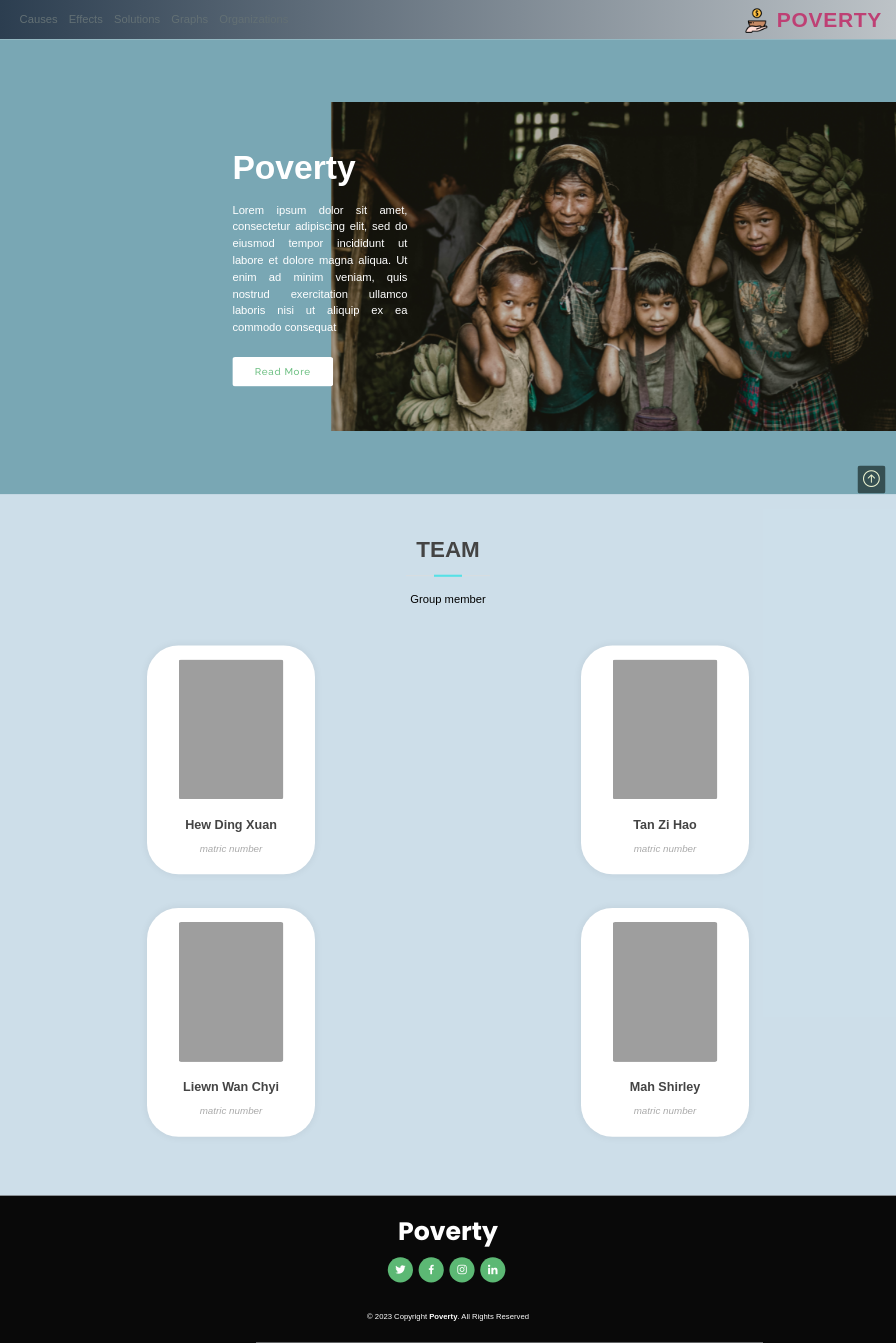
Repository: oscarhew/OSP_WIE2002
Page: index.html
The author's editor kept a copy of each file at every save. The page is drawn from the files as they stood at one save, then again after the next save.
The browser window is 1280 px wide. The pictures show the whole page, at 70% of full size.
Pictures or frames that could not be fetched are drawn as grey boxes.

Above is the page before, as saved 2023-04-02 15:03:12.

### index.html
<!DOCTYPE html>
<html lang="en">
<head>
    <meta charset="UTF-8">
    <meta http-equiv="X-UA-Compatible" content="IE=edge">
    <meta name="viewport" content="width=device-width, initial-scale=1.0">
    <title>Poverty</title>

    <!-- Favicon -->
    <link href="assets/img/logo.png" rel="icon">

    <!-- Google Fonts -->
    <link
      href="https://fonts.googleapis.com/css?family=Open+Sans:300,300i,400,400i,600,600i,700,700i|Raleway:300,300i,400,400i,500,500i,600,600i,700,700i|Poppins:300,300i,400,400i,500,500i,600,600i,700,700i"
      rel="stylesheet">

    <!-- Animate.css -->
    <link href="https://cdnjs.cloudflare.com/ajax/libs/animate.css/4.1.1/animate.min.css" rel="stylesheet" />

    <!-- Bootstrap 5 -->
    <link href="https://cdn.jsdelivr.net/npm/bootstrap@5.0.2/dist/css/bootstrap.min.css" rel="stylesheet"
        integrity="sha384-EVSTQN3/azprG1Anm3QDgpJLIm9Nao0Yz1ztcQTwFspd3yD65VohhpuuCOmLASjC" crossorigin="anonymous">
    <link rel="stylesheet" href="https://cdn.jsdelivr.net/npm/bootstrap-icons@1.8.1/font/bootstrap-icons.css">

    <!-- Boxicons -->
    <link href='https://unpkg.com/boxicons@2.1.2/css/boxicons.min.css' rel='stylesheet'>

    <!-- Template Main CSS File -->
    <link href="assets/css/main.css" rel="stylesheet">
</head>

<body class="d-flex flex-column min-vh-100">
  <!-- ======= Header ======= -->
  <nav id="header" class="navbar sticky-top navbar-expand-lg navbar-dark gradient-custom bg-dark p-2">
    <div class="container-fluid">

      <div class="collapse navbar-collapse justify-content-start" id="navbarNavAltMarkup">
        <ul class="navbar-nav">
          <li class="nav-item"><a class="nav-link" href="causes.html">Causes</a></li>
          <li class="nav-item"><a class="nav-link" href="effects.html">Effects</a></li>
          <li class="nav-item"><a class="nav-link" href="solutions.html">Solutions</a></li>
          <li class="nav-item"><a class="nav-link" href="graphs.html">Graphs</a></li>
          <li class="nav-item"><a class="nav-link" href="organizations.html">Organizations</a></li>
        </ul>
      </div>
      <a class="px-1" href="index.html">
        <img src="assets/img/logo.png" alt="" width="35" height="35" class="d-inline-block align-text-top">
        <h1 class="logo"><a href="index.html">POVERTY</a></h1>
      </a>

      <button class="navbar-toggler" type="button" data-bs-toggle="collapse" data-bs-target="#navbarNavAltMarkup"
        aria-controls="navbarNavAltMarkup" aria-expanded="false" aria-label="Toggle navigation">
        <span class="navbar-toggler-icon"></span>
      </button>
    </div>
  </nav>
  <!-- End Header -->

  <div class="flex-grow-1">
    <!-- ======= Hero Section ======= -->
    <section id="hero">
      <div id="heroCarousel" data-bs-interval="5000" class="carousel slide carousel-fade" data-bs-ride="carousel">

        <ol class="carousel-indicators" id="hero-carousel-indicators"></ol>

        <div class="carousel-inner" role="listbox">

          <!-- Slide 1 -->
          <div class="carousel-item active" style="background-image: url(assets/img/slide/index_background.jpg)">
            <div class="carousel-container">
              <div class="container">
                <h2 class="animate__animated animate__fadeInDown">Poverty</h2>
                <p class="animate__animated animate__fadeInUp">

                  Lorem ipsum dolor sit amet, consectetur adipiscing elit,
                  sed do eiusmod tempor incididunt ut labore et dolore magna aliqua. Ut enim ad minim veniam, quis nostrud exercitation ullamco laboris nisi ut aliquip ex ea commodo consequat</p>

                  <a href="definition.html" class="btn-get-started animate__animated animate__fadeInUp scrollto">Read More</a>
              </div>
            </div>
          </div>

        </div>
      </div>
    </section><!-- End Hero -->

    <!-- ======= Team Section ======= -->
    <section class="team section-bg">
      <div class="container-fluid">
        <div class="section-title">
          <h2>Team</h2>
          <p >Group member</p>
        </div>
        <div class="row mx-2">
          <div class="col-lg-6 col-sm-6">
            <div class="member mx-auto my-4">
              <img src="assets/img/team/dingXuan.jpeg" class="rounded" alt="...">
              <div class="card-body">
                <h4 class="card-title">Hew Ding Xuan</h4>
                <p class="card-text">matric number</p>
              </div>
            </div>
          </div>
          <div class="col-lg-6 col-sm-6">
            <div class="member mx-auto my-4">
              <img src="assets/img/team/ziHao.jpeg" class="rounded" alt="...">
              <div class="card-body">
                <h4 class="card-title">Tan Zi Hao</h4>
                <p class="card-text">matric number</p>
              </div>
            </div>
          </div>
          <div class="col-lg-6 col-sm-6">
            <div class="member mx-auto my-4">
              <img src="assets/img/team/wanChyi.jpeg" class="rounded" alt="...">
              <div class="card-body">
                <h4 class="card-title">Liewn Wan Chyi</h4>
                <p class="card-text">matric number</p>
              </div>
            </div>
          </div>
          <div class="col-lg-6 col-sm-6">
            <div class="member mx-auto my-4">
              <img src="assets/img/team/shirley.jpeg" class="rounded" alt="...">
              <div class="card-body">
                <h4 class="card-title">Mah Shirley</h4>
                <p class="card-text">matric number</p>
              </div>
            </div>
          </div>

        </div>
      </div>
    </section>
    <!-- End Team Section -->

  </div>

  <!-- ======= Footer ======= -->
  <footer id="footer" class="mt-auto">
    <div class="container">
      <h3>Poverty</h3>
      <div class="social-links">
        <a href="#" class="twitter"><i class="bx bxl-twitter"></i></a>
        <a href="#" class="facebook"><i class="bx bxl-facebook"></i></a>
        <a href="#" class="instagram"><i class="bx bxl-instagram"></i></a>
        <a href="#" class="linkedin"><i class="bx bxl-linkedin"></i></a>
      </div>
      <div class="copyright">
        &copy; 2023 Copyright <strong><span>Poverty</span></strong>. All Rights Reserved
      </div>
    </div>
  </footer>
  <!-- End Footer -->

  <!-- Back to Top -->
  <a href="#" class="back-to-top d-flex align-items-center justify-content-center">
    <span><i class="bi bi-arrow-up-circle"></i></span>
  </a>

  <script src="https://cdn.jsdelivr.net/npm/bootstrap@5.0.2/dist/js/bootstrap.bundle.min.js"
    integrity="sha384-MrcW6ZMFYlzcLA8Nl+NtUVF0sA7MsXsP1UyJoMp4YLEuNSfAP+JcXn/tWtIaxVXM"
    crossorigin="anonymous"></script>

</body>
</html>

### assets/css/main.css
/*--------------------------------------------------------------
# General
--------------------------------------------------------------*/

body {
    overflow-x: hidden;
    font-family: "Comic Sans MS", sans-serif;
    color: #444444;
  }

  a {
    text-decoration: none;
    color: #be4074;
  }

  a:hover {
    color: #4b083d;
    text-decoration: none;
  }

  h1, h2, h3, h4, h5, h6 {
    font-family: "Bahnschrift", sans-serif;
  }

  /*--------------------------------------------------------------
  # Header
  --------------------------------------------------------------*/
  #header {
    transition: all 0.5s;
  }
  #header.header-scrolled {
    box-shadow: 0px 2px 15px rgba(0, 0, 0, 0.1);
  }
  #header .logo {
    font-size: 30px;
    margin: 0;
    padding: 0;
    line-height: 1;
    font-weight: 700;
    letter-spacing: 1px;
    text-transform: uppercase;
    color: #081d0d;
  }

  /*--------------------------------------------------------------
  # Navigation Menu
  --------------------------------------------------------------*/
  /**
  * Desktop Navigation
  */
  .gradient-custom {
    background: #c471f5;

    background: linear-gradient(to right, #2c3e50, #bdc3c7)
  }

  .navbar-dark .navbar-nav .nav-link {
    color: #637074;
  }

  .navbar-nav .nav-item{
    color: #5cb874 !important;
  }
  .navbar-nav .nav-item .nav-link:hover {
    color: #ff0000;
  }

  .navbar-nav .nav-item .active {
    color: #a1164b !important;
  }

  .navbar-nav .nav-item .getstarted, .navbar-nav .nav-item .getstarted:focus{
    color: #5cb874;
    padding: 8px 25px;
    margin-left: 30px;
    margin-right: 30px;
    border-radius: 4px;
    border: 2px solid #5cb874;
    transition: 0.3s;
    font-size: 14px;
  }
  .navbar-nav .nav-item .getstarted:hover, .navbar-nav .nav-item .getstarted:focus:hover {
    background: #5cb874;
    color: #3c2121;
  }

  /*--------------------------------------------------------------
# Back to top button
--------------------------------------------------------------*/
.back-to-top {
  position: fixed;
  right: 15px;
  bottom: 15px;
  z-index: 996;
  background: #354f52;
  width: 40px;
  height: 40px;
  border-radius: 4px;
  transition: all 0.4s;
  }

  .back-to-top .bi {
  font-size: 24px;
  color: #e8efcd;
  line-height: 0;
  }

  .back-to-top:hover {
  background: #e8efcd;
  color: #354f52;
  }

  .back-to-top .bi:hover{
  color: #354f35;
  }

  /*--------------------------------------------------------------
  # Hero Section
  --------------------------------------------------------------*/
  #hero {
    width: 100%;
    height: calc(100vh - 70px);
    background-color: rgba(88, 146, 162, 0.8);
    overflow: hidden;
    position: relative;
  }
  #hero .carousel, #hero .carousel-inner, #hero .carousel-item, #hero .carousel-item::before {
    background-size: contain;
    background-position: right top;
    background-repeat: no-repeat;
    position: absolute;
    top: 30px;
    right: 0;
    left: 100px;
    bottom: 30px;
  }
  #hero .carousel-item::before {
    content: "";

  }
  #hero .carousel-container {
    display: flex;
    justify-content: center;
    align-items: center;
    position: absolute;
    bottom: 0;
    top: 0;
    left: 20px;
    right: 50px;
  }
  #hero .container {
    text-align: left;
  }
  #hero h2 {
    color: #fff;
    margin-bottom: 20px;
    font-size: 48px;
    font-weight: 700;
  }
  #hero p {
    -webkit-animation-delay: 0.4s;
    animation-delay: 0.4s;
    margin: 0 auto 30px 0;
    color: #fff;
    inline-size: 250px;
    text-align: justify;
  }
  #hero .carousel-inner .carousel-item {
    transition-property: opacity;
    background-position: center top;
  }
  #hero .carousel-inner .carousel-item,
  #hero .carousel-inner .active.carousel-item-start,
  #hero .carousel-inner .active.carousel-item-end {
    opacity: 0;
  }
  #hero .carousel-inner .active,
  #hero .carousel-inner .carousel-item-next.carousel-item-start,
  #hero .carousel-inner .carousel-item-prev.carousel-item-end {
    opacity: 1;
    transition: 0.5s;
  }
  #hero .carousel-control-next-icon, #hero .carousel-control-prev-icon {
    background: none;
    font-size: 30px;
    line-height: 0;
    width: auto;
    height: auto;
    background: rgba(255, 255, 255, 0.2);
    border-radius: 50px;
    transition: 0.3s;
    color: rgba(255, 255, 255, 0.5);
    width: 54px;
    height: 54px;
    display: flex;
    align-items: center;
    justify-content: center;
  }
  #hero .carousel-control-next-icon:hover, #hero .carousel-control-prev-icon:hover {
    background: rgba(255, 255, 255, 0.3);
    color: rgba(255, 255, 255, 0.8);
  }
  #hero .carousel-indicators li {
    cursor: pointer;
    background: #fff;
    overflow: hidden;
    border: 0;
    width: 12px;
    height: 12px;
    border-radius: 50px;
    opacity: 0.6;
    transition: 0.3s;
  }
  #hero .carousel-indicators li.active {
    opacity: 1;
    background: #5cb874;
  }
  #hero .btn-get-started {
    font-family: "Raleway", sans-serif;
    font-weight: 500;
    font-size: 14px;
    letter-spacing: 1px;
    display: inline-block;
    padding: 14px 32px;
    border-radius: 4px;
    transition: 0.5s;
    line-height: 1;
    color: #6ec083;
    -webkit-animation-delay: 0.8s;
    animation-delay: 0.8s;
    background: #ffffff;
  }
  #hero .btn-get-started:hover {
    background: #ffffff;
  }
  @media (max-width: 992px) {
    #hero {
      height: 100vh;
    }
    #hero .carousel-container {
      top: 66px;
    }
  }
  @media (max-width: 768px) {
    #hero h2 {
      font-size: 28px;
    }
  }
  @media (min-width: 1024px) {
    #hero .carousel-control-prev, #hero .carousel-control-next {
      width: 5%;
    }
  }
  @media (max-height: 500px) {
    #hero {
      height: 120vh;
    }
  }


  /*--------------------------------------------------------------
  # Why Us
  --------------------------------------------------------------*/
  .why-us {
    padding: 0;
  }
  .why-us .row {
    overflow: hidden;
  }
  .why-us .content-item {
    padding: 40px;
    border-left: 1px solid #eee;
    border-bottom: 1px solid #eee;
    margin: -1px;
  }
  .why-us .content-item span {
    display: block;
    font-size: 24px;
    font-weight: 400;
    color: #6ec083;
  }
  .why-us .content-item h4 {
    font-size: 26px;
    font-weight: 300;
    padding: 0;
    margin: 20px 0;
  }
  .why-us .content-item p {
    color: #aaaaaa;
    font-size: 15px;
    margin: 0;
    padding: 0;
  }
  @media (max-width: 768px) {
    .why-us .content-item {
      padding: 40px 0;
    }
  }

  /*--------------------------------------------------------------
  # About Us
  --------------------------------------------------------------*/
  .about .content h3 {
    font-weight: 700;
    font-size: 28px;
  }
  .about .content ul {
    list-style: none;
    padding: 0;
  }
  .about .content ul li {
    padding-bottom: 10px;
  }
  .about .content ul i {
    font-size: 20px;
    padding-right: 4px;
    color: #5cb874;
  }
  .about .content p:last-child {
    margin-bottom: 0;
  }

  /*--------------------------------------------------------------
  # Portfolio
  --------------------------------------------------------------*/
  .portfolio{
    margin-bottom: 80px;
  }
  .portfolio .portfolio-item {
    margin-bottom: 30px;
  }
  .portfolio #portfolio-flters {
    padding: 0;
    margin: 0 auto 20px auto;
    list-style: none;
    text-align: center;
  }
  .portfolio #portfolio-flters li {
    cursor: pointer;
    display: inline-block;
    padding: 8px 15px 10px 15px;
    font-size: 14px;
    font-weight: 600;
    line-height: 1;
    text-transform: uppercase;
    color: #444444;
    margin-bottom: 5px;
    transition: all 0.3s ease-in-out;
    border-radius: 3px;
  }
  .portfolio #portfolio-flters li:hover, .portfolio #portfolio-flters li.filter-active {
    color: #fff;
    background: #5cb874;
  }
  .portfolio #portfolio-flters li:last-child {
    margin-right: 0;
  }
  .portfolio .portfolio-wrap {
    transition: 0.3s;
    position: relative;
    overflow: hidden;
    z-index: 1;
    background: rgba(34, 34, 34, 0.6);
  }
  .portfolio .portfolio-wrap::before {
    content: "";
    background: rgba(34, 34, 34, 0.6);
    position: absolute;
    left: 0;
    right: 0;
    top: 0;
    bottom: 0;
    transition: all ease-in-out 0.3s;
    z-index: 2;
    opacity: 0;
  }
  .portfolio .portfolio-wrap img {
    transition: all ease-in-out 0.3s;
  }
  .portfolio .portfolio-wrap .portfolio-info {
    opacity: 0;
    position: absolute;
    top: 0;
    left: 0;
    right: 0;
    bottom: 0;
    z-index: 3;
    transition: all ease-in-out 0.3s;
    display: flex;
    flex-direction: column;
    justify-content: flex-end;
    align-items: flex-start;
    padding: 20px;
  }
  .portfolio .portfolio-wrap .portfolio-info h4 {
    font-size: 20px;
    color: #fff;
    font-weight: 600;
  }
  .portfolio .portfolio-wrap .portfolio-info p {
    color: rgba(255, 255, 255, 0.7);
    font-size: 14px;
    text-transform: uppercase;
    padding: 0;
    margin: 0;
    font-style: italic;
  }
  .portfolio .portfolio-wrap .portfolio-links {
    text-align: center;
    z-index: 4;
  }
  .portfolio .portfolio-wrap .portfolio-links a {
    color: #fff;
    margin: 0 5px 0 0;
    font-size: 28px;
    display: inline-block;
    transition: 0.3s;
  }
  .portfolio .portfolio-wrap .portfolio-links a:hover {
    color: #6ec083;
  }
  .portfolio .portfolio-wrap:hover::before {
    opacity: 1;
  }
  .portfolio .portfolio-wrap:hover img {
    transform: scale(1.2);
  }
  .portfolio .portfolio-wrap:hover .portfolio-info {
    opacity: 1;
  }

  /*--------------------------------------------------------------
  # Portfolio Details
  --------------------------------------------------------------*/
  .portfolio-details {
    padding-top: 40px;
  }
  .portfolio-details .portfolio-details-slider img {
    width: 100%;
  }
  .portfolio-details .portfolio-details-slider .swiper-pagination {
    margin-top: 20px;
    position: relative;
  }
  .portfolio-details .portfolio-details-slider .swiper-pagination .swiper-pagination-bullet {
    width: 12px;
    height: 12px;
    background-color: #fff;
    opacity: 1;
    border: 1px solid #5cb874;
  }
  .portfolio-details .portfolio-details-slider .swiper-pagination .swiper-pagination-bullet-active {
    background-color: #5cb874;
  }
  .portfolio-details .portfolio-info {
    padding: 30px;
    box-shadow: 0px 0 30px rgba(34, 34, 34, 0.08);
  }
  .portfolio-details .portfolio-info h3 {
    font-size: 22px;
    font-weight: 700;
    margin-bottom: 20px;
    padding-bottom: 20px;
    border-bottom: 1px solid #eee;
  }
  .portfolio-details .portfolio-info ul {
    list-style: none;
    padding: 0;
    font-size: 15px;
  }
  .portfolio-details .portfolio-info ul li + li {
    margin-top: 10px;
  }
  .portfolio-details .portfolio-description {
    padding-top: 30px;
  }
  .portfolio-details .portfolio-description h2 {
    font-size: 26px;
    font-weight: 700;
    margin-bottom: 20px;
  }
  .portfolio-details .portfolio-description p {
    padding: 0;
  }


  /*--------------------------------------------------------------
  # Sections General
  --------------------------------------------------------------*/
  section {
    padding: 60px 0;
  }

  .section-bg {
    background-color: #c9dce8ec;
  }

  .section-title {
    text-align: center;
    padding-bottom: 30px;
  }

  .section-title .image-center{
    display: block;
    margin-left: auto;
    margin-right: auto;
  }

  .section-title h2 {
    font-size: 32px;
    font-weight: bold;
    text-transform: uppercase;
    margin-bottom: 20px;
    padding-bottom: 20px;
    position: relative;
  }
  .section-title h2::before {
    content: "";
    position: absolute;
    display: block;
    width: 120px;
    height: 1px;
    background: #ddd;
    bottom: 1px;
    left: calc(50% - 60px);
    font-size: 20px;
  }
  .section-title h2::after {
    content: "";
    position: absolute;
    display: block;
    width: 40px;
    height: 3px;
    background: #56e1e6;
    bottom: 0;
    left: calc(50% - 20px);
  }
  .section-title p {
    margin-bottom: 0;
    font-size: 16px;
    color: #000000;
  }

  .section-title .italic {
    font-size: 10px;
  }

  /*--------------------------------------------------------------
  # Team
  --------------------------------------------------------------*/

  .team .member {
    text-align: center;
    margin-bottom: 30px;
    box-shadow: 0px 0px 12px 0px rgba(34, 34, 34, 0.07);
    padding: 10px 20px;
    width: 15rem;
    background: #fff;
    border-radius: 45px;
  }
  .team .member img {
    width: 150px;
    height: 200px;
    margin: 10px 0 10px 0;
  }
  .team .member h4 {
    font-weight: 700;
    margin-bottom: 2px;
    font-size: 18px;
  }
  .team .member p {
    padding-top: 10px;
    font-size: 14px;
    font-style: italic;
    color: #aaaaaa;
  }

  /*--------------------------------------------------------------
  # Footer
  --------------------------------------------------------------*/
  #footer {
    background: #090909;
    color: #fff;
    font-size: 14px;
    text-align: center;
    padding: 30px 0;
  }
  #footer h3 {
    font-size: 36px;
    font-weight: 700;
    color: #fff;
    position: relative;
    font-family: "Poppins", sans-serif;
    padding: 0;
    margin: 0 0 15px 0;
  }
  #footer p {
    font-size: 15;
    font-style: italic;
    padding: 0;
    margin: 0 0 40px 0;
  }
  #footer .social-links {
    margin: 0 0 40px 0;
  }
  #footer .social-links a {
    font-size: 18px;
    display: inline-block;
    background: #5cb874;
    color: #fff;
    line-height: 1;
    padding: 8px 0;
    margin-right: 4px;
    border-radius: 50%;
    text-align: center;
    width: 36px;
    height: 36px;
    transition: 0.3s;
  }
  #footer .social-links a:hover {
    background: #449d5b;
    color: #fff;
    text-decoration: none;
  }
  #footer .copyright {
    margin: 0;
    font-size: 11px;
    vertical-align: baseline;
  }

After the next save:
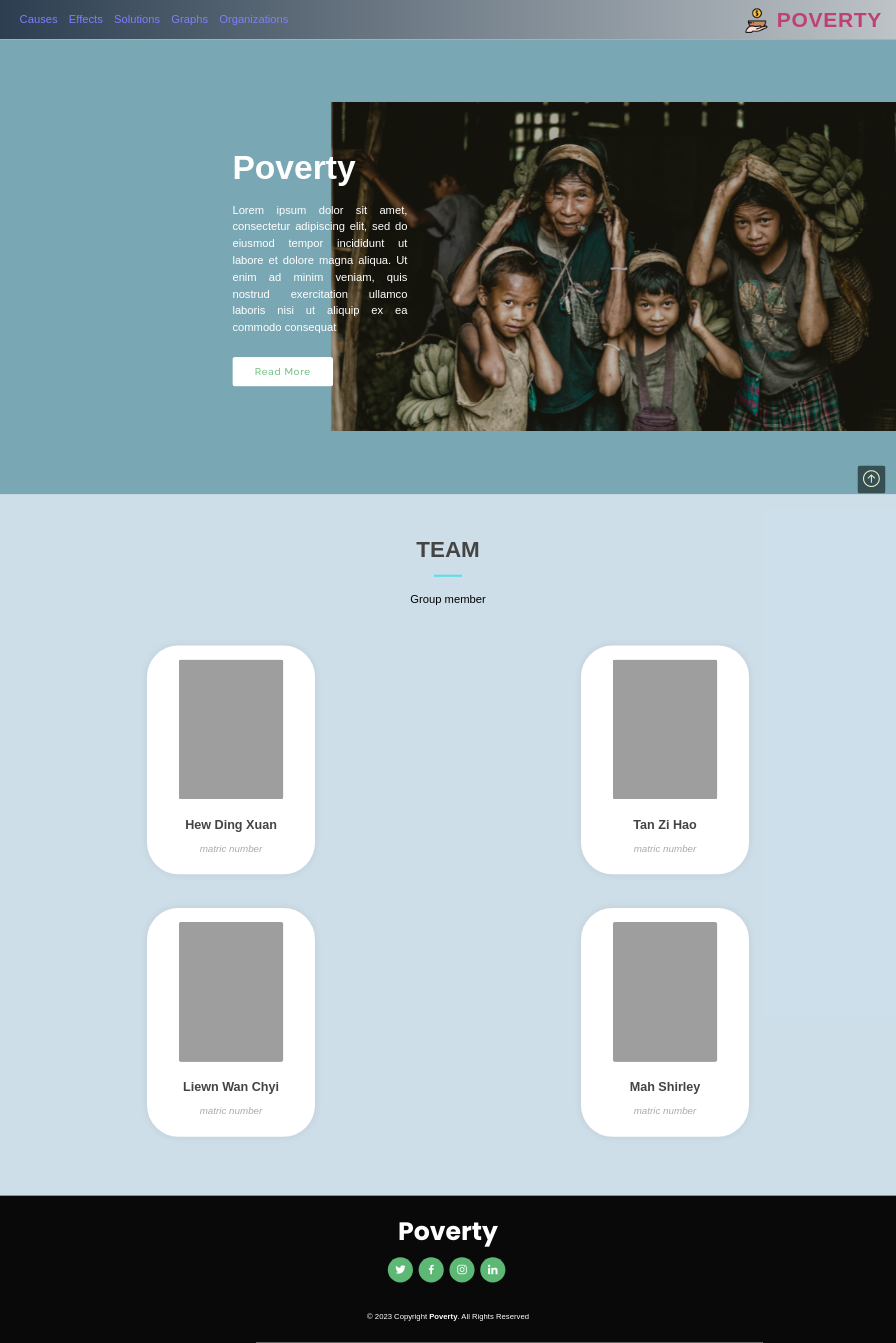
Saved 10 s later.
--- a/assets/css/main.css
+++ b/assets/css/main.css
@@ -55,7 +55,7 @@ body {
   }
 
   .navbar-dark .navbar-nav .nav-link {
-    color: #637074;
+    color: #7F7EFF;
   }
 
   .navbar-nav .nav-item{
